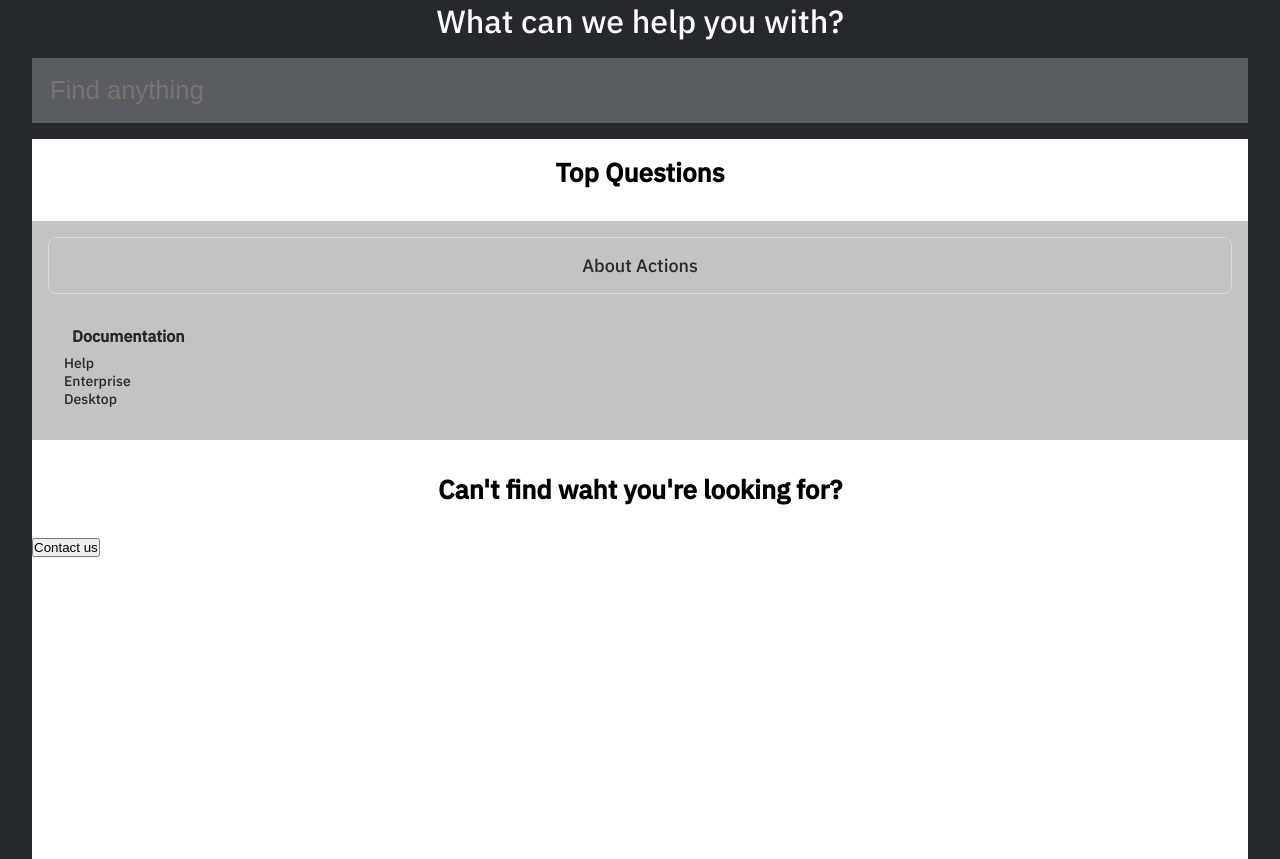
Repository: Hcmwebs/Help-Center-UI-
Page: index.html
These files come from the project's save history. The page is drawn as it stood at one moment and after the next save; the edit follows.
The browser window is 1280 px wide. The pictures show the whole page.
The style sheet was rebuilt from its Sass, Less or Tailwind sources for each picture, by a compiler version that may differ from the author's.

Above is the page before, as saved 2020-08-25 23:45:42.

### index.html
<!DOCTYPE html>
<html lang="en">
<head>
    <meta charset="UTF-8">
    <meta name="viewport" content="width=device-width, initial-scale=1.0">
    <link rel="stylesheet" href="css/styles.min.css">
    <title>Help Center</title>
</head>
<body>
    <div class="container">
        <header>
            <h1>What can we help  you with?</h1>
            <input type="search"
            id="search"
            placeholder="Find anything">
        </header>


        <!-- *******card****** -->
        <div class="card">
            <!--****card-header**** -->
            <h2> Top Questions</h2>

            <!--****card-body**** -->

            <div class="card-item">
                <div class="card-item-head">
                    <h3>About Actions</h3>
                </div>
                <div class="card-item-body">
                    <h4>documentation</h4>
                    <ul>
                        <li>Help</li>
                        <li>Enterprise</li>
                        <li>Desktop</li>
                    </ul>
                </div>
            </div>


            <!--****card--footer**** -->
            <div class="card-footer">
                <h2>Can't find waht you're looking for? </h2>
                <button class="btn-primary">Contact us</button>
            </div>

        </div>
    </div>
</body>
</html>

### scss/styles.scss
@import url('https://fonts.googleapis.com/css2?family=IBM+Plex+Sans:wght@300;500&display=swap');
$font-stack:'IBM Plex Sans', sans-serif;
$bg-color:rgba(37,41,46,1.0);
$primary-color:rgba(255,255,255,0.99);
$border-color:rgba(218,218,218,1);

*{
    margin: 0;
    padding: 0;
    box-sizing: border-box;
}

body{
    font-family: $font-stack;
    font-size: 10px;
    background-color:$bg-color;
    display: grid;
    place-items: center;
    height: 100vh;
    width: 100%;
}

.container{
    width: 100%;
    padding: 0 2rem ;
    background-color:$bg-color;

}
header{
    text-align: center;
    margin-bottom: 1rem;


    h1{
        font-size: 32px;
        font-weight: 500;
        margin-bottom: 1rem;
        color: $primary-color;
    }
    input{
        font-size: 1.6rem;
        width: 100%;
        padding: 1rem;
        color:$primary-color;
        background-color:rgba(255,255,255,0.24);
        border: 2px solid transparent;
        transition: all 0.75s ease-in;
    }
    input:hover{
        border-color: $border-color;
    }

}
.card{
    width: 100%;
    height: 100vh;
    background-color: #fff;

    h2{
        text-align: center;
        font-size: 26px;
        margin: 1rem 0;
        padding: 1rem;
    }

    &-item{
        width: 100%;
        text-align: center;
        display: grid;
        grid-template-columns: 1fr;
        gap: 0.5rem;
        padding: 1rem;
        background-color:#c3c3c3;


        &-head{
            padding: 1rem;
            border: 1px solid $border-color;
            border-radius: 0.5rem;


            h3{
                font-size: 18px;
                font-weight: normal;
                text-align: center;
                color: $bg-color;
            }
        }

        &-body{
            text-align: justify;
            padding: 1rem;

            h4{
                font-size: 16px;
                font-weight: bold;
                text-transform: capitalize;
                color: $bg-color;
                padding: 0.5rem;
            }

            ul{
                list-style: none;
                margin: 0;
                padding: 0;


                li{
                    font-size: 14px;
                    font-weight: normal;
                    color: $bg-color;



                }
            }


        }
    }
}

After the next save:
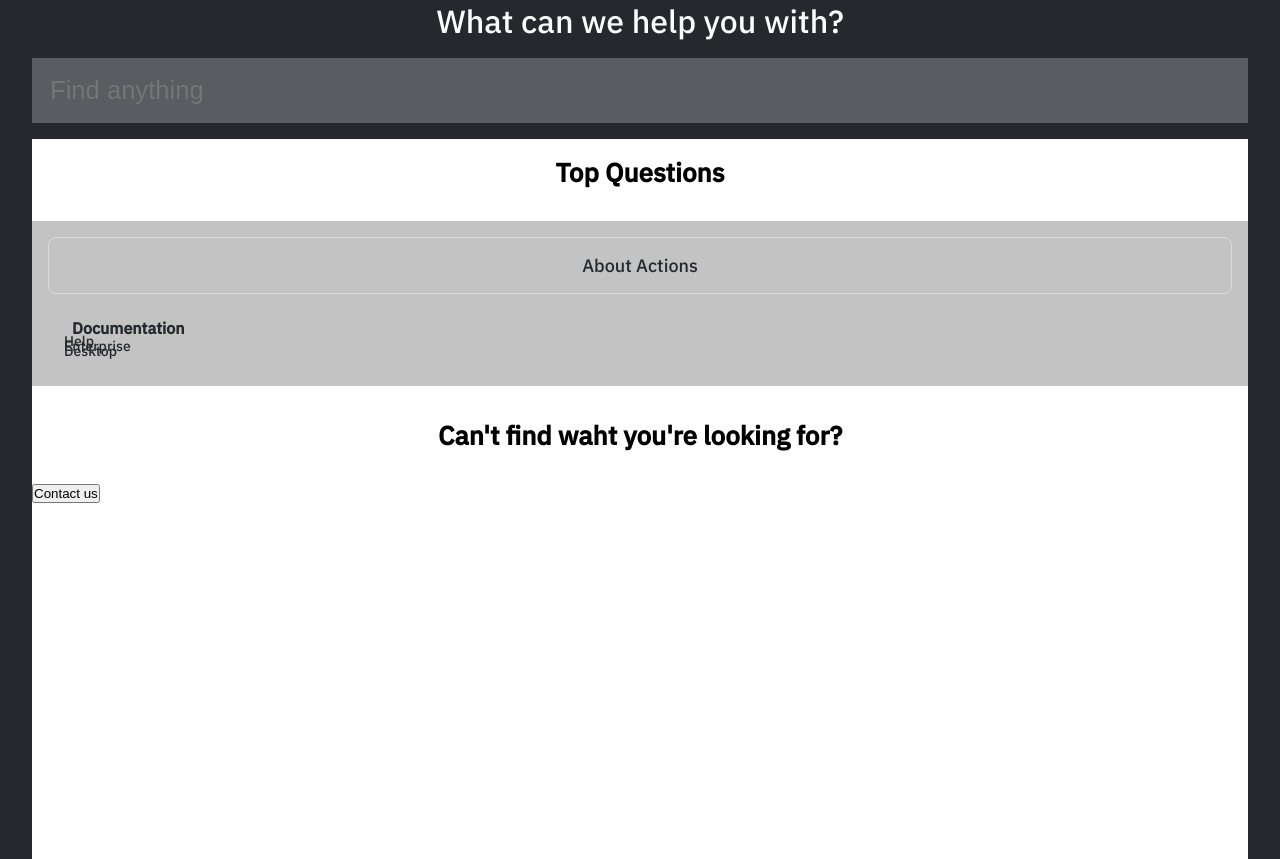
Saved 40 s later.
--- a/scss/styles.scss
+++ b/scss/styles.scss
@@ -90,6 +90,7 @@ header{
         &-body{
             text-align: justify;
             padding: 1rem;
+            line-height: 5px;
 
             h4{
                 font-size: 16px;
